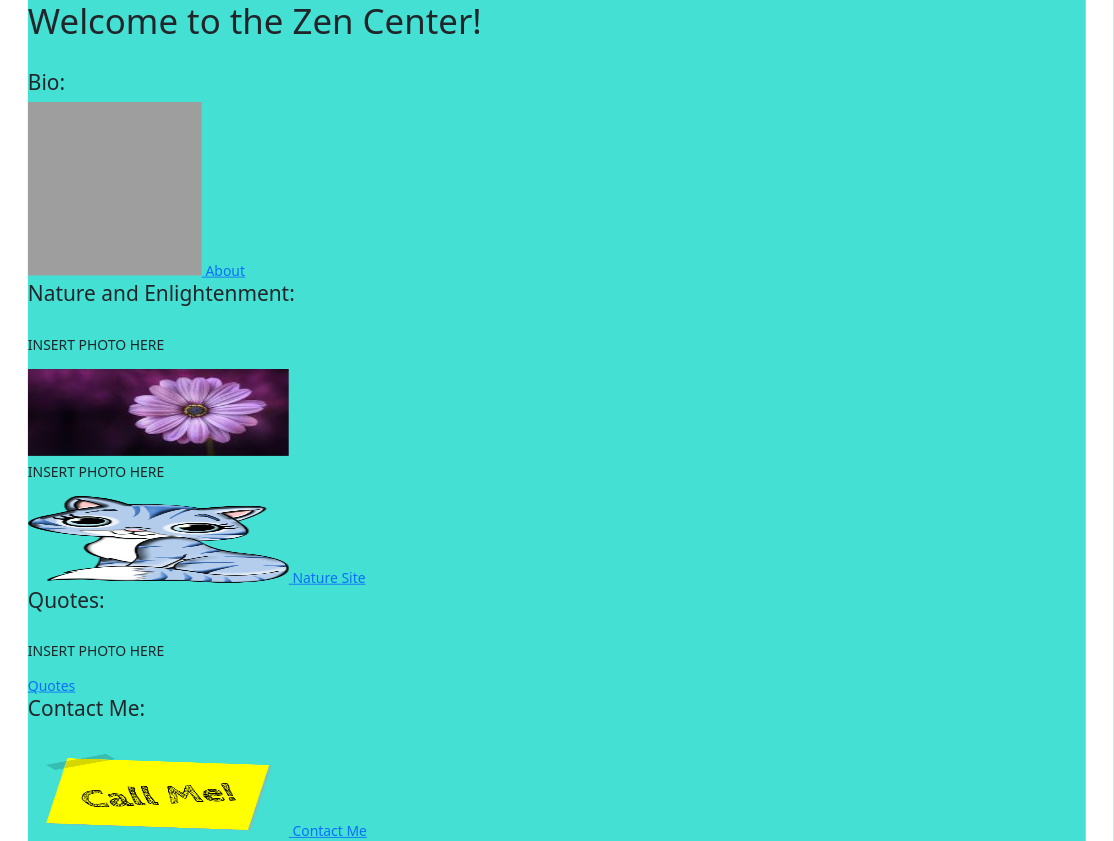
Repository: collegedude9300/zenstationnext
Page: /
These files come from the project's save history. The page is drawn as it stood at one moment and after the next save; the edit follows.
The browser window is 1280 px wide. The pictures show the whole page, at 87% of full size.
Pictures or frames that could not be fetched are drawn as grey boxes. The project was rebuilt for these pictures with package versions that can differ from the ones it lists, and the page was loaded fresh each time. The framework's server and built-in components were replaced by stand-ins that run in the browser. Also part of the build but not shown: next.config.js.

Above is the page before, as saved 2022-10-10 19:18:55.

After the next save:
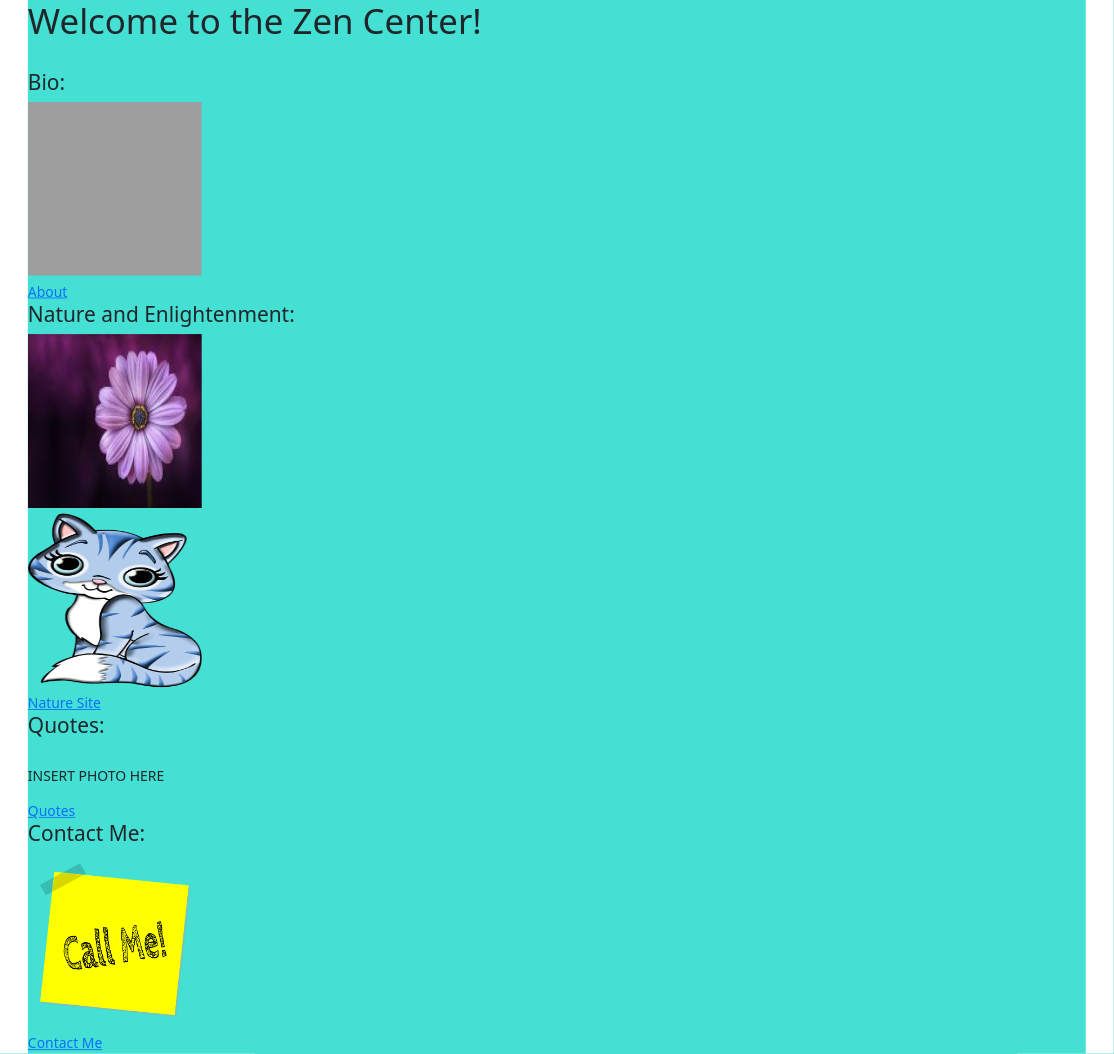
Saved 71 s later.
--- a/pages/index.js
+++ b/pages/index.js
@@ -16,21 +16,21 @@ export default function Home() {
         <br/>
         <h4>Bio: </h4>
         <Image  alt="A black book in a grey background."src="/bout.jpg" width="200" height="200"/>
+        <br/>
         <a href="/About"> About</a>
         <h4> Nature and Enlightenment: </h4>
+        <Image  alt="A small purple flower ."src="/flower.jpg" width="200" height="200"/>
         <br/>
-        <p> INSERT PHOTO  HERE</p>
-        <Image  alt="A small purple flower ."src="/flower.jpg" width="300" height="100"/>
-        <p> INSERT PHOTO  HERE</p>
-        <Image  alt="An animated blue cat."src="/cartooncat.png" width="300" height="100"/>
+        <Image  alt="An animated blue cat."src="/cartooncat.png" width="200" height="200"/>
+        <br/>
         <a href="/MenuNature"> Nature Site</a>
         <h4> Quotes: </h4>
         <br/>
         <p> INSERT PHOTO  HERE</p>
         <a href="Quotes"> Quotes</a>
         <h4>Contact Me: </h4>
+        <Image  alt="A yellow sticky note saying Call Me."src="/contact.png" width="200" height="200"/>
         <br/>
-        <Image  alt="A yellow sticky note saying Call Me."src="/contact.png" width="300" height="100"/>
         <a href="Contact"> Contact Me</a>
       </main>
     </div>
